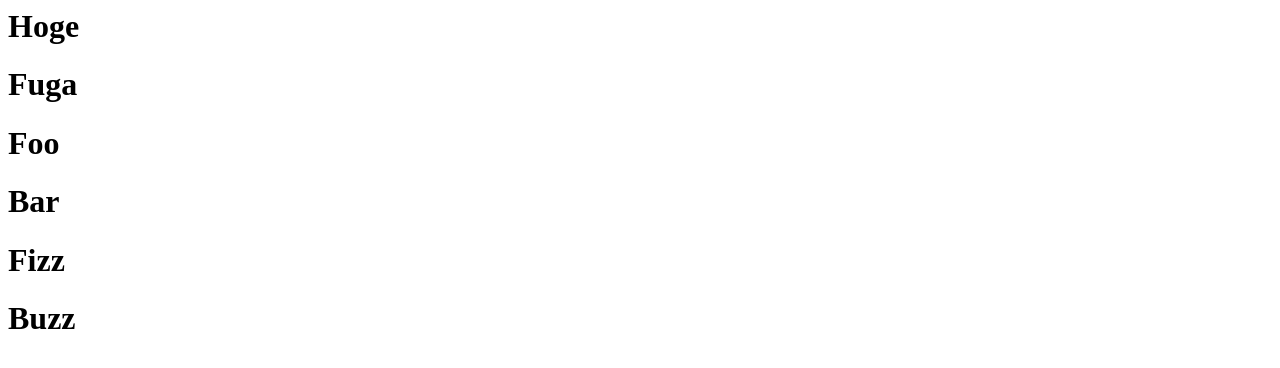
Repository: maihashi/samurai_HTML-CSS
Page: index.html
The author's editor kept a record of every edit. The page is drawn from the files as they stood at one moment, then again after the next edit.
The browser window is 1280 px wide. The pictures show the whole page.

Above is the page before.

### index.html
<html lang="ja">
  <head>
      <meta name="viewport" content="width=device-width, initial-scale=1">
      <style>
          .media{
            background-color: blue;
          }

          @media screen and (min-width:480px){
            .media{
              background-color: red;
            }
          }

            @media screen and (min-width:640px){
              .media{
                background-color: green;
            }
          }
      </style>
  </head>
  <body>
    <div id="grid">
        <h1>Hoge</h1>
        <h1>Fuga</h1>
        <h1>Foo</h1>
        <h1>Bar</h1>
        <h1>Fizz</h1>
        <h1>Buzz</h1>
    </div>
  </body>
</html>

After the next edit:
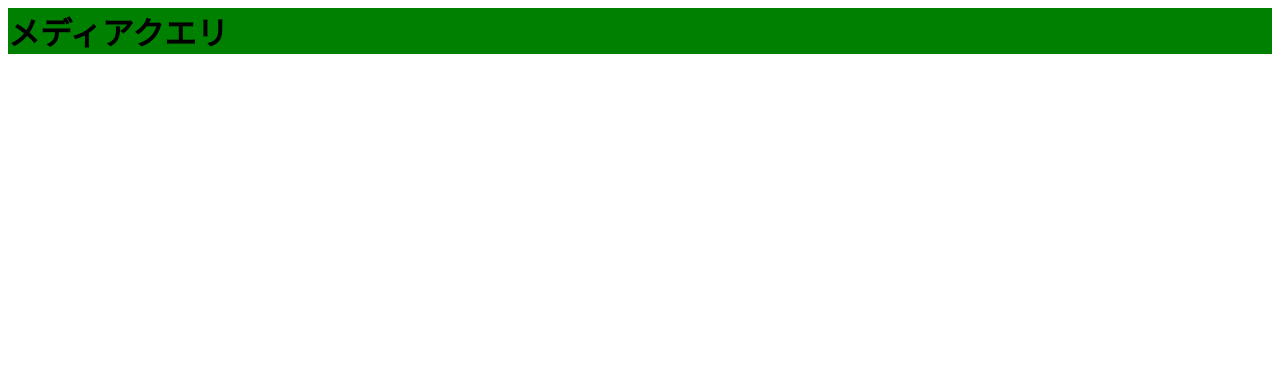
The edit:
--- a/index.html
+++ b/index.html
@@ -20,13 +20,8 @@
       </style>
   </head>
   <body>
-    <div id="grid">
-        <h1>Hoge</h1>
-        <h1>Fuga</h1>
-        <h1>Foo</h1>
-        <h1>Bar</h1>
-        <h1>Fizz</h1>
-        <h1>Buzz</h1>
+    <div class="media">
+        <h1>メディアクエリ</h1>
     </div>
   </body>
 </html>
